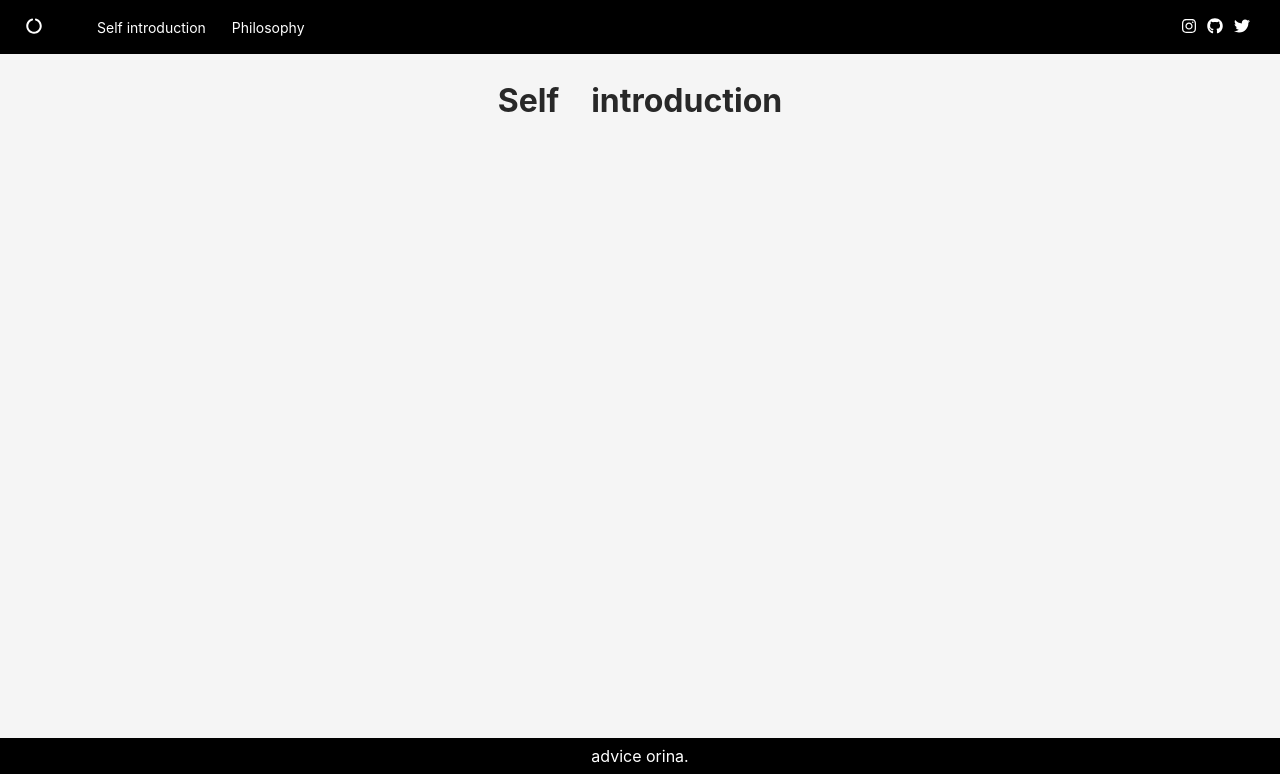
Repository: Rujuu-prog/react-mysite
Page: /selfintroduction
These files come from the project's save history. The page is drawn as it stood at one moment and after the next save; the edit follows.
The browser window is 1280 px wide. The pictures show the whole page.
The project was rebuilt for these pictures with package versions that can differ from the ones it lists, and the page was loaded fresh each time. Also part of the build but not shown: src/components/pages/Philosophy.tsx, src/components/pages/Top.tsx.

Above is the page before, as saved 2021-05-13 01:22:42.

### src/App.tsx
import { Router } from "./router/Router";
import './App.css';



export default function App() {
  return (
    <div className="App" >
      <Router />
    </div>
  );
}

### src/router/Router.tsx
import React from "react";
import { BrowserRouter, Route, Switch } from "react-router-dom";
import { Philosophy } from "../components/pages/Philosophy";
import { SelfIntroduction } from "../components/pages/SelfIntroduction";
import { Top } from "../components/pages/Top";
import { DefaultLayout } from "../components/templates/DefaultLayout";

export const Router:React.FC = () => {
    return(
        <BrowserRouter>
            <Switch>
                <Route exact path="/">
                <DefaultLayout>
                    <Top />
                </DefaultLayout>
                </Route>
                <Route exact path="/selfintroduction">
                <DefaultLayout>
                    <SelfIntroduction/>
                </DefaultLayout>
                </Route>
                <Route path="/philosophy">
                <DefaultLayout>
                    <Philosophy />
                </DefaultLayout>
                </Route>
            </Switch>
        </BrowserRouter>
    );
}

### src/components/pages/SelfIntroduction.tsx
import React from "react";
import styled from "styled-components";

export const SelfIntroduction:React.FC = () => {
    return(
        <SMainContainer>
            <h1>Self　introduction</h1>
        </SMainContainer>

    );
};

const SMainContainer = styled.div`
    display: flex;
    flex-direction: row;
    justify-content: space-around;
    flex-grow: 1;
    background-color: #f5f5f5;
    height: 100vh;
    h1 {
        color: #282828;
    }
`;

### src/components/templates/DefaultLayout.tsx
import React from "react";
import styled from "styled-components";

import { FooterOnly } from "./FooterOnly";
import { HeaderOnly } from "./HeaderOnly";

type Props = {
    children?: React.ReactNode;
};

export const DefaultLayout: React.FC<Props> = ({children}) => {
    return (
    <SContainer>
        <HeaderOnly/>
        {children}
        <FooterOnly/>
    </SContainer>
    );
};

const SContainer = styled.div`
    min-height: 100vh;
    position: relative;
    box-sizing: border-box;
`;

### src/components/templates/FooterOnly.tsx
import React from "react";
import { Link } from "react-router-dom";
import styled from "styled-components";

import { Footer } from "../atoms/layout/Footer";


export const FooterOnly: React.FC = () => {
    return (
    <>
        <Footer />
    </>
    );
};


// const SLink = styled(Link)`
//     margin: 0 8px;
// `;

### src/components/templates/HeaderOnly.tsx
import React from "react";
import { Link } from "react-router-dom";
import styled from "styled-components";

import { Header } from "../atoms/layout/Header";
import { SecondaryButton } from "../atoms/button/SecondaryButton"
import { IconList } from "../molecules/IconList";
import { SiteIcon } from "../atoms/icon/SiteIcon";
import { NaviBar } from "../atoms/layout/NaviBar";

type Props = {
    children?: React.ReactNode;
};

export const HeaderOnly: React.FC<Props> = ({children}) => {
    return (
    <>
        <Header>
            <SiteIcon/>
            <NaviBar/>
        </Header>
        {children}
    </>
    );
};


// const SLink = styled(Link)`
//     margin: 0 8px;
// `;

### src/components/atoms/layout/Footer.tsx
import React from "react";
import styled from "styled-components";

export const Footer:React.FC = () => {
    return <SFooter><Sp>advice orina.</Sp></SFooter>;
};

const SFooter = styled.footer`
    background-color: black;
    color: #fff;
    text-align: center;
    padding: 8px 0;
    position: absolute;
    bottom: 0;
    width: 100%;
`;

const Sp = styled.p`
    margin: 0;
`;

### src/components/atoms/layout/Header.tsx
import React from "react";
import styled from "styled-components";

import { PrimaryButton } from '../button/PrimaryButton'

type Props = {
    children?: React.ReactNode;
}

export const Header: React.FC<Props> = ({children}) => {
    return (<SHeader>{children}</SHeader>);
};

const SHeader = styled.header`
    display: flex;
    align-items: center;
    height: 10%;
    background-color: black;
    color: #fff;
    padding: 16px 24px;
`;

### src/components/atoms/icon/SiteIcon.tsx
import { faCircleNotch } from "@fortawesome/free-solid-svg-icons";
import { FontAwesomeIcon } from "@fortawesome/react-fontawesome";
import styled from "styled-components";
import { Link } from "react-router-dom";

const IconStyle = {
    padding:"2",
    fontsize:"50"
}

export const SiteIcon:React.FC = () => {
    return(<SLink to="/"><FontAwesomeIcon style={IconStyle} icon={faCircleNotch}></FontAwesomeIcon></SLink>);
}

const SLink = styled(Link)`
    text-decoration: none;
    color: #fff;
`;

### src/components/atoms/layout/NaviBar.tsx
import React from "react";
import { Link } from "react-router-dom";
import styled from "styled-components";

import { SecondaryButton } from "../button/SecondaryButton"
import { IconList } from "../../molecules/IconList";

type Props = {
    children?: React.ReactNode;
};

export const NaviBar: React.FC<Props> = ({children}) => {
    return (
    <>
        <SNavi>
            <li><SLink to="/selfintroduction"><SecondaryButton>Self introduction</SecondaryButton></SLink></li>
            <Slist><SLink to="/philosophy"><SecondaryButton>Philosophy</SecondaryButton></SLink></Slist>
            <li><IconList/></li>
        </SNavi>
        {children}
    </>
    );
};


const SNavi = styled.ul`
    display: flex;
    // justify-content: space-between;
    align-items: center;
    width: 100%;
    margin: 0;
    background-color: black;
    list-style: none;
    color: #fff;
    text-align: center;
`;

const Slist = styled.li`
    margin-right: auto;
`;

const SLink = styled(Link)`
    margin: 0 8px;
    text-decoration: none;
`;

### src/components/atoms/button/SecondaryButton.tsx
import styled from "styled-components";

export const SecondaryButton = (props:any) => {
    const { children } = props;
    return <SButton>{children}</SButton>;
};

const SButton = styled.a`
    color: #fff;
    width: 10%;
    font-size: 14px;
    padding: 5px;
`;

### src/components/molecules/IconList.tsx
import React from "react";
import styled from "styled-components";
import { Github } from "../atoms/icon/Github";
import { Instagram } from "../atoms/icon/Instagram";
import { Twitter } from "../atoms/icon/Twitter";

export const IconList:React.FC = () => {
    return(
        <SIconContainer>
            <Instagram/>
            <Github/>
            <Twitter/>
        </SIconContainer>
    );
};

const SIconContainer = styled.div`
    display: flex;
    align-items: center;
    justify-content: space-around;
    width: 80px;
`;

### src/components/atoms/icon/Github.tsx
import { faGithub } from "@fortawesome/free-brands-svg-icons";
import { FontAwesomeIcon } from "@fortawesome/react-fontawesome"
import styled from "styled-components";


const IconStyle = {
    padding:"2",
    fontsize:"50",
}

export const Github:React.FC = () => {
    return(<SButton href='https://github.com/Rujuu-prog'><FontAwesomeIcon style={IconStyle} icon={faGithub}></FontAwesomeIcon></SButton>);
}

const SButton = styled.a`
    text-decoration: none;
    color: #fff;
`;

### src/components/atoms/icon/Instagram.tsx
import { faInstagram } from "@fortawesome/free-brands-svg-icons";
import { FontAwesomeIcon } from "@fortawesome/react-fontawesome";
import styled from "styled-components";

const IconStyle = {
    padding:"2",
    fontsize:"50"
}

export const Instagram:React.FC = () => {
    return(<SButton href='https://www.instagram.com/rujuuuuuu/'><FontAwesomeIcon style={IconStyle} icon={faInstagram}></FontAwesomeIcon></SButton>);
}

const SButton = styled.a`
    text-decoration: none;
    color: #fff;
`;

### src/components/atoms/icon/Twitter.tsx
import { faInstagram, faTwitter } from "@fortawesome/free-brands-svg-icons";
import { FontAwesomeIcon } from "@fortawesome/react-fontawesome"
import styled from "styled-components";

const IconStyle = {
    padding:"2",
    fontsize:"50"
}

export const Twitter:React.FC = () => {
    return(<SButton href='https://twitter.com/Rujuu2118'><FontAwesomeIcon style={IconStyle} icon={faTwitter}></FontAwesomeIcon></SButton>);
}

const SButton = styled.a`
    text-decoration: none;
    color: #fff;
`;

Loaded but not shown: public/index.html (common file); src/index.tsx (common file); src/index.css (common file); src/reportWebVitals.ts (common file); src/App.css (common file)

After the next save:
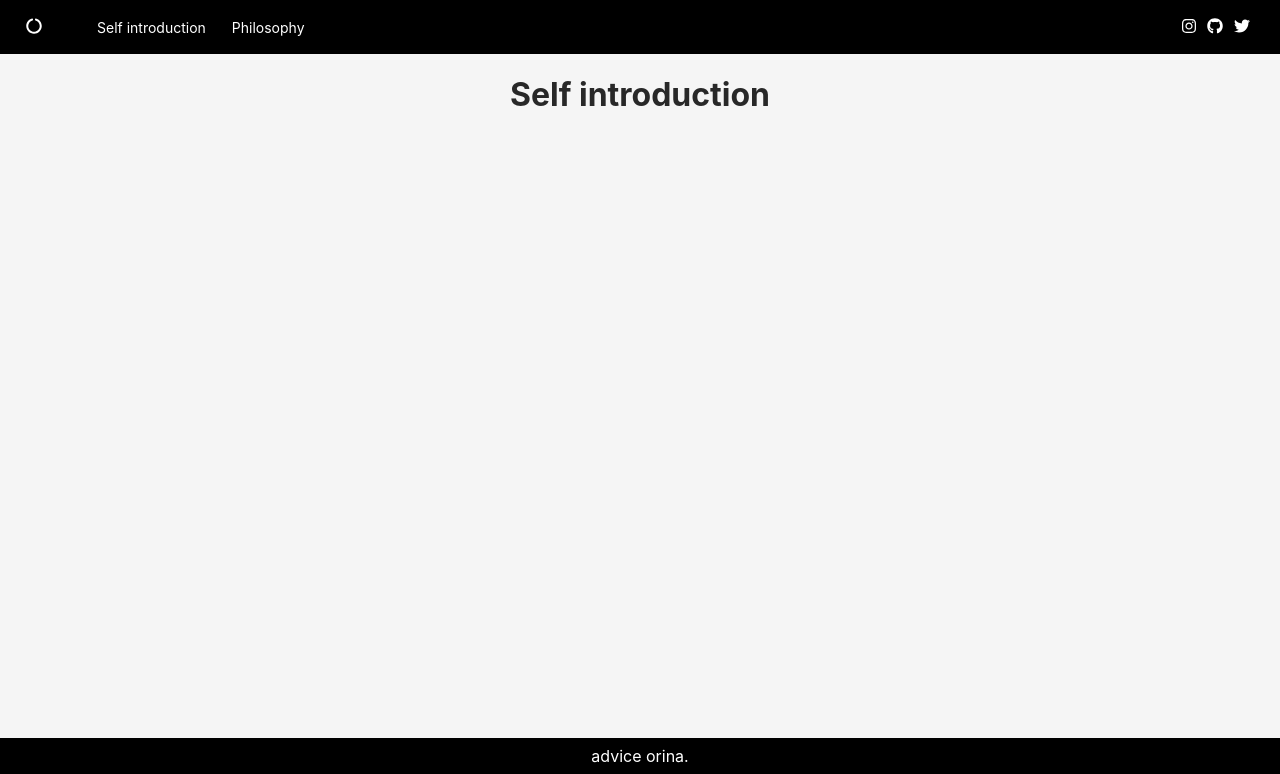
Saved 74 s later.
--- a/src/components/pages/SelfIntroduction.tsx
+++ b/src/components/pages/SelfIntroduction.tsx
@@ -4,7 +4,7 @@ import styled from "styled-components";
 export const SelfIntroduction:React.FC = () => {
     return(
         <SMainContainer>
-            <h1>Self　introduction</h1>
+            <h1>Self introduction</h1>
         </SMainContainer>
 
     );
